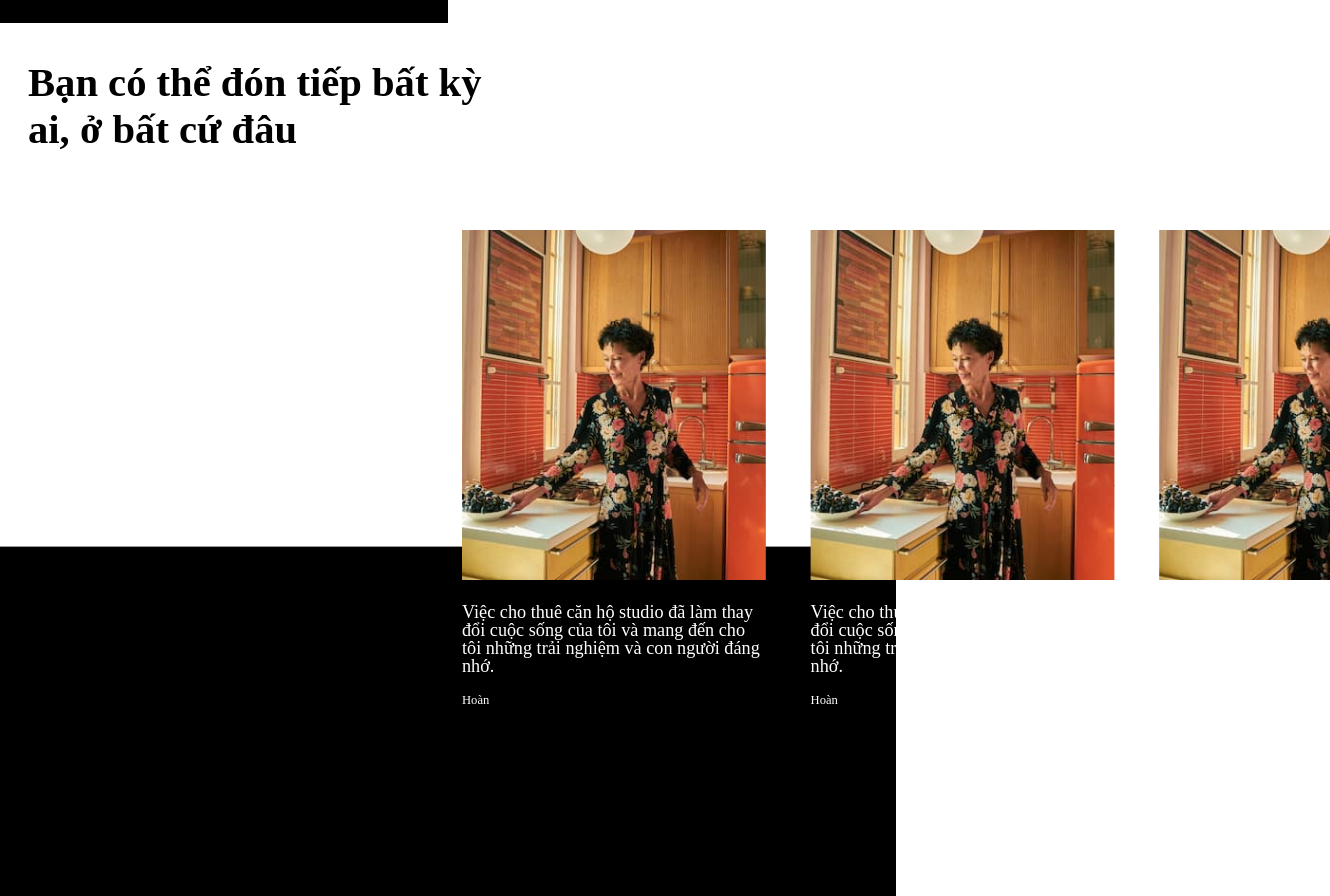
Repository: HoanTiny/AirbnbClone
Page: page3.html
An editor plug-in stored every save of this project. The page is shown before and after the next save, followed by the edit.
The browser window is 1280 px wide. The page is 1900 px wide, so the pictures cover 1900 px, including what lies to the right of the window. The pictures show the part of the page from y = 687 to 1967 px (the page is 1968 px tall), at 70% of full size.
Pictures or frames that could not be fetched are drawn as grey boxes.

Above is the page before, as saved 2021-09-13 11:29:23.

### page3.html
<!DOCTYPE html>
<html lang="en">
    <head>
        <meta charset="UTF-8" />
        <meta http-equiv="X-UA-Compatible" content="IE=edge" />
        <meta name="viewport" content="width=device-width, initial-scale=1.0" />
        <link rel="stylesheet" href="./acess/css/mainpage3.css" />
        <link rel="stylesheet" href="./acess/css/gird.css" />
        <link rel="stylesheet" href="./acess/css/base.css" />
        <link rel="stylesheet" href="./acess/css/reponsive.css" />
        <link
            rel="stylesheet"
            href="./acess/font/fontawesome-free-5.15.3-web/css/all.min.css"
        />
        <title>Cho thuê nhà</title>
    </head>
    <body>
        <div class="app-p3">
            <div class="banner">
                <div class="banner__left">
                    <div class="banner__left-img">
                        <svg
                            width="30"
                            height="32"
                            fill="currentcolor"
                            color="#fff"
                            style="display: block"
                        >
                            <path
                                d="M29.24 22.68c-.16-.39-.31-.8-.47-1.15l-.74-1.67-.03-.03c-2.2-4.8-4.55-9.68-7.04-14.48l-.1-.2c-.25-.47-.5-.99-.76-1.47-.32-.57-.63-1.18-1.14-1.76a5.3 5.3 0 00-8.2 0c-.47.58-.82 1.19-1.14 1.76-.25.52-.5 1.03-.76 1.5l-.1.2c-2.45 4.8-4.84 9.68-7.04 14.48l-.06.06c-.22.52-.48 1.06-.73 1.64-.16.35-.32.73-.48 1.15a6.8 6.8 0 007.2 9.23 8.38 8.38 0 003.18-1.1c1.3-.73 2.55-1.79 3.95-3.32 1.4 1.53 2.68 2.59 3.95 3.33A8.38 8.38 0 0022.75 32a6.79 6.79 0 006.75-5.83 5.94 5.94 0 00-.26-3.5zm-14.36 1.66c-1.72-2.2-2.84-4.22-3.22-5.95a5.2 5.2 0 01-.1-1.96c.07-.51.26-.96.52-1.34.6-.87 1.65-1.41 2.8-1.41a3.3 3.3 0 012.8 1.4c.26.4.45.84.51 1.35.1.58.06 1.25-.1 1.96-.38 1.7-1.5 3.74-3.21 5.95zm12.74 1.48a4.76 4.76 0 01-2.9 3.75c-.76.32-1.6.41-2.42.32-.8-.1-1.6-.36-2.42-.84a15.64 15.64 0 01-3.63-3.1c2.1-2.6 3.37-4.97 3.85-7.08.23-1 .26-1.9.16-2.73a5.53 5.53 0 00-.86-2.2 5.36 5.36 0 00-4.49-2.28c-1.85 0-3.5.86-4.5 2.27a5.18 5.18 0 00-.85 2.21c-.13.84-.1 1.77.16 2.73.48 2.11 1.78 4.51 3.85 7.1a14.33 14.33 0 01-3.63 3.12c-.83.48-1.62.73-2.42.83a4.76 4.76 0 01-5.32-4.07c-.1-.8-.03-1.6.29-2.5.1-.32.25-.64.41-1.02.22-.52.48-1.06.73-1.6l.04-.07c2.16-4.77 4.52-9.64 6.97-14.41l.1-.2c.25-.48.5-.99.76-1.47.26-.51.54-1 .9-1.4a3.32 3.32 0 015.09 0c.35.4.64.89.9 1.4.25.48.5 1 .76 1.47l.1.2c2.44 4.77 4.8 9.64 7 14.41l.03.03c.26.52.48 1.1.73 1.6.16.39.32.7.42 1.03.19.9.29 1.7.19 2.5z"
                            ></path>
                        </svg>
                    </div>
                    <div class="banner__left-conttent">
                        <h1 class="banner__left-heading">
                            Đón tiếp khách làm nên linh hồn của Airbnb
                        </h1>
                        <button class="banner__left-btn">
                            Thử đón tiếp khách
                        </button>
                    </div>
                    <i class="fas fa-chevron-down banner__left-icon"></i>
                </div>
                <div class="banner-right">
                    <video
                        id="video"
                        src="./acess/img/Cho thuê nhà trên Airbnb.webm"
                        class="banner__right-video"
                        autoplay
                        crossorigin="anonymous"
                        playsinline
                        preload="auto"
                        aria-label="Chelsea, Chủ nhà ở Philadelphia, mỉm cười khi mở cửa. Soraya, Chủ nhà ở Mumbai, mỉm cười khi mở cửa trước cùng một người khác ở bên cạnh. Mohamed, Chủ nhà ở Johannesburg, mỉm cười khi mở cửa. Maria, Chủ nhà ở Mexico City, gật đầu mỉm cười khi mang cây đi."
                    ></video>
                </div>
            </div>
            <div class="content">
                <div class="content__heading">
                    <div class="grid wide">
                        <h2 class="content__heading-top">
                            Bạn có thể đón tiếp bất kỳ ai, ở bất cứ đâu
                        </h2>
                    </div>
                    <div class="grid wide">
                        <div class="content__home">
                            <div class="home__img">
                                <div class="home__img-home__product">
                                    <img src="./acess/img/home-p3.jpg" class="img content__home-img"></img>
                                </div>
                                <div class="home__img-home__product-text">
                                    <p class="home__img-text">Việc cho thuê căn hộ studio đã làm thay đổi cuộc sống của tôi và mang đến cho tôi những trải nghiệm và con người đáng nhớ.</p>
                                    <p class="home__img-text-end">Hoàn</p>
                                </div>
                            </div>
                            <div class="home__img">
                                <div class="home__img-home__product">
                                    <img src="./acess/img/home-p3.jpg" class="img content__home-img"></img>
                                </div>
                                <div class="home__img-home__product-text">
                                    <p class="home__img-text">Việc cho thuê căn hộ studio đã làm thay đổi cuộc sống của tôi và mang đến cho tôi những trải nghiệm và con người đáng nhớ.</p>
                                    <p class="home__img-text-end">Hoàn</p>
                                </div>
                            </div>
                            <div class="home__img">
                                <div class="home__img-product-img">
                                    <img src="./acess/img/home-p3.jpg" class="img content__home-img"></img>
                                </div>
                                <div class="home__img-product-text">
                                    <p class="home__img-text">Việc cho thuê căn hộ studio đã làm thay đổi cuộc sống của tôi và mang đến cho tôi những trải nghiệm và con người đáng nhớ.</p>
                                    <p class="home__img-text-end">Hoàn</p>
                                </div>
                            </div>
                            <div class="home__img">
                                <div class="home__img-home__product">
                                    <img src="./acess/img/home-p3.jpg" class="img content__home-img"></img>
                                </div>
                                <div class="home__img-home__product-text">
                                    <p class="home__img-text">Việc cho thuê căn hộ studio đã làm thay đổi cuộc sống của tôi và mang đến cho tôi những trải nghiệm và con người đáng nhớ.</p>
                                    <p class="home__img-text-end">Hoàn</p>
                                </div>
                            </div>
                        </div>
                    </div>
                </div>
                <div class="content__search"></div>
            </div>
        </div>
        <script>
            var videoPlayer = document.getElementById("video");
            // Auto play, half volume.
            videoPlayer.play();
            videoPlayer.volume = 0.5;

            // Play / pause.
            videoPlayer.addEventListener("click", function () {
                if (videoPlayer.paused == false) {
                    videoPlayer.pause();
                    videoPlayer.firstChild.nodeValue = "Play";
                } else {
                    videoPlayer.play();
                    videoPlayer.firstChild.nodeValue = "Pause";
                }
            });
        </script>
    </body>
</html>

### acess/css/mainpage3.css
body {
    margin: 0;
}

.banner {
    height: 100vh;
    display: flex;
    justify-content: center;
}
.banner__left {
    width: 50%;
    background-color: #000;
    position: relative;
}
.banner__left-img {
    padding: 24px;
}
.banner__left-conttent {
    display: flex;
    flex-direction: column;
    align-items: center;
    justify-content: center;
    position: absolute;
    top: 50%;
    left: 50%;
    transform: translate(-50%, -50%);
    width: fit-content;
}
.banner__left-heading {
    color: #fff;
    text-align: center;
    font-size: 6.8rem;
    line-height: 7rem;
    padding: 12px 24px;
    font-weight: 500;
}
.banner__left-btn {
    padding: 18px 32px;
    font-size: 1.8rem;
    border-radius: 12px;
    background-image: linear-gradient(
        to right,
        rgb(229, 29, 80),
        rgb(220, 14, 100)
    );
    color: var(--white-color);
    border: none;
    cursor: pointer;
}

.banner__left-icon {
    color: var(--white-color);
    position: absolute;
    bottom: 32px;
    font-size: 1.5rem;
    left: 50%;
    padding: 12px;
    margin-left: -12px;
    border-radius: 50%;
    cursor: pointer;
}

.banner__left-icon:hover {
    background-color: #999;
}

.banner-right {
    width: 50%;
}

.banner__right-video {
    object-fit: cover;
    object-position: center top;
    width: 100%;
    height: 100%;
}

.content__heading {
    position: relative;
    height: 700px;
}

.content__heading-top {
    margin-top: 48px;
    font-size: 5.8rem;
    line-height: 6.8rem;
    text-align: left;
    width: 60%;
}

.content__home {
    position: absolute;
    bottom: -35%;
    max-width: 100%;
    overflow-x: auto;
    flex-wrap: nowrap;
    display: flex;
    transform: translate(50%);
}

.content__home::-webkit-scrollbar {
    display: none;
}

.home__img {
    flex-shrink: 0;
    width: 35%;
    margin-right: 64px;
}

.home__img-product-text {
    margin-top: 24px;
}

.home__img-text {
    color: var(--white-color);
    font-size: 2.6rem;
    line-height: 2.6rem;
}

.home__img-text-end {
    color: var(--white-color);
    font-size: 1.8rem;
}

.content__home-img {
    width: 100%;
    height: 100%;
    object-fit: cover;
}

.content__search {
    background-color: #000;
    height: 500px;
}

### acess/css/gird.css
.grid {
    width: 100%;
    display: block;
    padding: 0;
}

.grid.wide {
    max-width: 1200px;
    margin: 0 auto;
}

.row {
    display: flex;
    flex-wrap: wrap;
    margin-left: -8px;
    margin-right: -8px;
}

.row.no-gutters {
    margin-left: 0;
    margin-right: 0;
}

.col {
    padding-left: 12px;
    padding-right: 12px;
}

.row.no-gutters .col {
    padding-left: 0;
    padding-right: 0;
}

.c-0 {
    display: none;
}

.c-1 {
    flex: 0 0 8.33333%;
    max-width: 8.33333%;
}

.c-2 {
    flex: 0 0 16.66667%;
    max-width: 16.66667%;
}

.c-3 {
    flex: 0 0 25%;
    max-width: 25%;
}

.c-4 {
    flex: 0 0 33.33333%;
    max-width: 33.33333%;
}

.c-5 {
    flex: 0 0 41.66667%;
    max-width: 41.66667%;
}

.c-6 {
    flex: 0 0 50%;
    max-width: 50%;
}

.c-7 {
    flex: 0 0 58.33333%;
    max-width: 58.33333%;
}

.c-8 {
    flex: 0 0 66.66667%;
    max-width: 66.66667%;
}

.c-9 {
    flex: 0 0 75%;
    max-width: 75%;
}

.c-10 {
    flex: 0 0 83.33333%;
    max-width: 83.33333%;
}

.c-11 {
    flex: 0 0 91.66667%;
    max-width: 91.66667%;
}

.c-12 {
    flex: 0 0 100%;
    max-width: 100%;
}

.c-o-1 {
    margin-left: 8.33333%;
}

.c-o-2 {
    margin-left: 16.66667%;
}

.c-o-3 {
    margin-left: 25%;
}

.c-o-4 {
    margin-left: 33.33333%;
}

.c-o-5 {
    margin-left: 41.66667%;
}

.c-o-6 {
    margin-left: 50%;
}

.c-o-7 {
    margin-left: 58.33333%;
}

.c-o-8 {
    margin-left: 66.66667%;
}

.c-o-9 {
    margin-left: 75%;
}

.c-o-10 {
    margin-left: 83.33333%;
}

.c-o-11 {
    margin-left: 91.66667%;
}

/* >= Tablet */
@media (min-width: 740px) {
    .row {
        margin-left: -4px;
        margin-right: -4px;
    }

    .col {
        padding-left: 4px;
        padding-right: 4px;
    }

    .m-0 {
        display: none;
    }

    .m-1,
    .m-2,
    .m-3,
    .m-4,
    .m-5,
    .m-6,
    .m-7,
    .m-8,
    .m-9,
    .m-10,
    .m-11,
    .m-12 {
        display: block;
    }

    .m-1 {
        flex: 0 0 8.33333%;
        max-width: 8.33333%;
    }

    .m-2 {
        flex: 0 0 16.66667%;
        max-width: 16.66667%;
    }

    .m-3 {
        flex: 0 0 25%;
        max-width: 25%;
    }

    .m-4 {
        flex: 0 0 33.33333%;
        max-width: 33.33333%;
    }

    .m-5 {
        flex: 0 0 41.66667%;
        max-width: 41.66667%;
    }

    .m-6 {
        flex: 0 0 50%;
        max-width: 50%;
    }

    .m-7 {
        flex: 0 0 58.33333%;
        max-width: 58.33333%;
    }

    .m-8 {
        flex: 0 0 66.66667%;
        max-width: 66.66667%;
    }

    .m-9 {
        flex: 0 0 75%;
        max-width: 75%;
    }

    .m-10 {
        flex: 0 0 83.33333%;
        max-width: 83.33333%;
    }

    .m-11 {
        flex: 0 0 91.66667%;
        max-width: 91.66667%;
    }

    .m-12 {
        flex: 0 0 100%;
        max-width: 100%;
    }

    .m-o-1 {
        margin-left: 8.33333%;
    }

    .m-o-2 {
        margin-left: 16.66667%;
    }

    .m-o-3 {
        margin-left: 25%;
    }

    .m-o-4 {
        margin-left: 33.33333%;
    }

    .m-o-5 {
        margin-left: 41.66667%;
    }

    .m-o-6 {
        margin-left: 50%;
    }

    .m-o-7 {
        margin-left: 58.33333%;
    }

    .m-o-8 {
        margin-left: 66.66667%;
    }

    .m-o-9 {
        margin-left: 75%;
    }

    .m-o-10 {
        margin-left: 83.33333%;
    }

    .m-o-11 {
        margin-left: 91.66667%;
    }
}

/* PC medium resolution > */
@media (min-width: 1113px) {
    .row {
        margin-left: -12px;
        margin-right: -12px;
    }

    .row.sm-gutter {
        margin-left: -5px;
        margin-right: -5px;
    }

    .col {
        padding-left: 12px;
        padding-right: 12px;
    }

    .row.sm-gutter .col {
        padding-left: 5px;
        padding-right: 5px;
    }

    .l-0 {
        display: none;
    }

    .l-1,
    .l-2,
    .l-2-4,
    .l-3,
    .l-4,
    .l-5,
    .l-6,
    .l-7,
    .l-8,
    .l-9,
    .l-10,
    .l-11,
    .l-12 {
        display: block;
    }

    .l-1 {
        flex: 0 0 8.33333%;
        max-width: 8.33333%;
    }

    .l-2 {
        flex: 0 0 16.66667%;
        max-width: 16.66667%;
    }

    .l-2-4 {
        flex: 0 0 20%;
        max-width: 20%;
    }

    .l-3 {
        flex: 0 0 25%;
        max-width: 25%;
    }

    .l-4 {
        flex: 0 0 33.33333%;
        max-width: 33.33333%;
    }

    .l-5 {
        flex: 0 0 41.66667%;
        max-width: 41.66667%;
    }

    .l-6 {
        flex: 0 0 50%;
        max-width: 50%;
    }

    .l-7 {
        flex: 0 0 58.33333%;
        max-width: 58.33333%;
    }

    .l-8 {
        flex: 0 0 66.66667%;
        max-width: 66.66667%;
    }

    .l-9 {
        flex: 0 0 75%;
        max-width: 75%;
    }

    .l-10 {
        flex: 0 0 83.33333%;
        max-width: 83.33333%;
    }

    .l-11 {
        flex: 0 0 91.66667%;
        max-width: 91.66667%;
    }

    .l-12 {
        flex: 0 0 100%;
        max-width: 100%;
    }

    .l-o-1 {
        margin-left: 8.33333%;
    }

    .l-o-2 {
        margin-left: 16.66667%;
    }

    .l-o-3 {
        margin-left: 25%;
    }

    .l-o-4 {
        margin-left: 33.33333%;
    }

    .l-o-5 {
        margin-left: 41.66667%;
    }

    .l-o-6 {
        margin-left: 50%;
    }

    .l-o-7 {
        margin-left: 58.33333%;
    }

    .l-o-8 {
        margin-left: 66.66667%;
    }

    .l-o-9 {
        margin-left: 75%;
    }

    .l-o-10 {
        margin-left: 83.33333%;
    }

    .l-o-11 {
        margin-left: 91.66667%;
    }
}

/* Tablet - PC low resolution */
@media (min-width: 740px) and (max-width: 1023px) {
    .wide {
        width: 644px;
    }
}

/* > PC low resolution */
@media (min-width: 1024px) and (max-width: 1239px) {
    .wide {
        width: 984px;
    }

    .wide .row {
        margin-left: -12px;
        margin-right: -12px;
    }

    .wide .row.sm-gutter {
        margin-left: -5px;
        margin-right: -5px;
    }

    .wide .col {
        padding-left: 12px;
        padding-right: 12px;
    }

    .wide .row.sm-gutter .col {
        padding-left: 5px;
        padding-right: 5px;
    }

    .wide .l-0 {
        display: none;
    }

    .wide .l-1,
    .wide .l-2,
    .wide .l-2-4,
    .wide .l-3,
    .wide .l-4,
    .wide .l-5,
    .wide .l-6,
    .wide .l-7,
    .wide .l-8,
    .wide .l-9,
    .wide .l-10,
    .wide .l-11,
    .wide .l-12 {
        display: block;
    }

    .wide .l-1 {
        flex: 0 0 8.33333%;
        max-width: 8.33333%;
    }

    .wide .l-2 {
        flex: 0 0 16.66667%;
        max-width: 16.66667%;
    }

    .wide .l-2-4 {
        flex: 0 0 20%;
        max-width: 20%;
    }

    .wide .l-3 {
        flex: 0 0 25%;
        max-width: 25%;
    }

    .wide .l-4 {
        flex: 0 0 33.33333%;
        max-width: 33.33333%;
    }

    .wide .l-5 {
        flex: 0 0 41.66667%;
        max-width: 41.66667%;
    }

    .wide .l-6 {
        flex: 0 0 50%;
        max-width: 50%;
    }

    .wide .l-7 {
        flex: 0 0 58.33333%;
        max-width: 58.33333%;
    }

    .wide .l-8 {
        flex: 0 0 66.66667%;
        max-width: 66.66667%;
    }

    .wide .l-9 {
        flex: 0 0 75%;
        max-width: 75%;
    }

    .wide .l-10 {
        flex: 0 0 83.33333%;
        max-width: 83.33333%;
    }

    .wide .l-11 {
        flex: 0 0 91.66667%;
        max-width: 91.66667%;
    }

    .wide .l-12 {
        flex: 0 0 100%;
        max-width: 100%;
    }

    .wide .l-o-1 {
        margin-left: 8.33333%;
    }

    .wide .l-o-2 {
        margin-left: 16.66667%;
    }

    .wide .l-o-3 {
        margin-left: 25%;
    }

    .wide .l-o-4 {
        margin-left: 33.33333%;
    }

    .wide .l-o-5 {
        margin-left: 41.66667%;
    }

    .wide .l-o-6 {
        margin-left: 50%;
    }

    .wide .l-o-7 {
        margin-left: 58.33333%;
    }

    .wide .l-o-8 {
        margin-left: 66.66667%;
    }

    .wide .l-o-9 {
        margin-left: 75%;
    }

    .wide .l-o-10 {
        margin-left: 83.33333%;
    }

    .wide .l-o-11 {
        margin-left: 91.66667%;
    }
}

### acess/css/base.css
:root {
    --white-color:#fff;
    --black-color: #000;
    --text-color: #333;
}

* {
    box-sizing: inherit;
}

html {
    /* font-family: Circular, -apple-system, BlinkMacSystemFont, Roboto, "Helvetica Neue", sans-serif; */
    font-family: 'Font Awesome 5 Free';
    box-sizing: border-box;
    font-size: 62.5%;
    line-height: 1.8rem;
}

### acess/css/reponsive.css
@media (min-width: 723px) and (max-width: 1023px) {
    .hold-on-mobile-tablet {
        display: none;
    }
    .background {
        background-position: unset;
    }

    .header__nav-list-tablet {
        display: flex;
    }

    .search {
        margin: 0;
    }

    .search__item:first-of-type {
        padding-left: 32px;
    }

    .search__item {
        margin: 0;
        padding: 12px;
    }

    .home__product-tablet {
        height: 140px;
        overflow: hidden;
        display: -webkit-box;
        -webkit-line-clamp: 2;
    }

    .home__category-tablet {
        display: flex;
        max-width: 100%;
        overflow-x: auto;
        flex-wrap: nowrap;
    }

    .home__category-tablet::-webkit-scrollbar {
        display: none;
    }

    .home__category-item-tablet {
        width: 33.3333%;
        flex-shrink: 0;
    }

    .footer-end {
        flex-direction: column-reverse;
    }

    .footer__end-social-list{
        display: flex;
        justify-content: center;
    }

    .footer__end-copyright-list{
        flex-wrap: wrap;
        justify-content: center;
    }

    .footer__end-copyright__item:first-of-type {
        width: 100%;
        text-align: center;
        margin-bottom: 4px;
    }

    .header__nav-scrollba-btn {
        margin-left: auto;
    }

}

@media (max-width: 723px)
{
    .hold-on-mobile {
        display: none;
    }

    .search {
        display: none;
    }
    .header__nav {
        display: none;
    }

    .header__mobile{
        display: flex;
    }

    .footer {
        text-align: center;
    }

    .home__category-tablet {
        display: flex;
        max-width: 100%;
        overflow-x: auto;
        flex-wrap: nowrap;
    }

    .home__category-tablet::-webkit-scrollbar {
        display: none;
    }

    .home__category-item-tablet {
        width: 33.3333%;
        flex-shrink: 0;
    }

    #header__nav-scrollbar {
        display: none;
    }

    .header__mobile {
        position: fixed;
        top: 0px;
        left: 0;
        right: 0;
        z-index: 12;
        align-items: center;
    }

    .header__mobile-btn {
        border: none;
        background-color: rgb(247, 247, 247);
        box-shadow: none;
        top: 20;
    }

    .web__content-heading {
        font-size: 2.2rem;
        line-height: 2.6rem;
    }

    .home__category-next {
        display: none;
    }

    .home__category-return--active {
        display: none;
    }

    .home__experience-mobile {
        display: flex;
        max-width: 100%;
        overflow-x: auto;
        flex-wrap: nowrap;
    }

    .home__experience-mobile::-webkit-scrollbar {
        display: none;
    }

    .home__experience-mobile-item {
        width: 75%;
        flex-shrink: 0;
    }

    path {
        display: none;
    }
    .search-where {
        display: block;
        position: revert;
    }

    .search-where-icon {
        display: none;
    }

    /* Page 2 */

    .home-place__item-img {
        height: 345px;
    }

    .menu-list__item {
        border: none;
    }

    .header-page2 {
        border-bottom: none;
    }

    .header__mobile-page2 {
        display: block;
    }

    .home-place {
        margin-top: 115px;
    }

}

Loaded but not shown: acess/font/fontawesome-free-5.15.3-web/css/all.min.css (library)

After the next save:
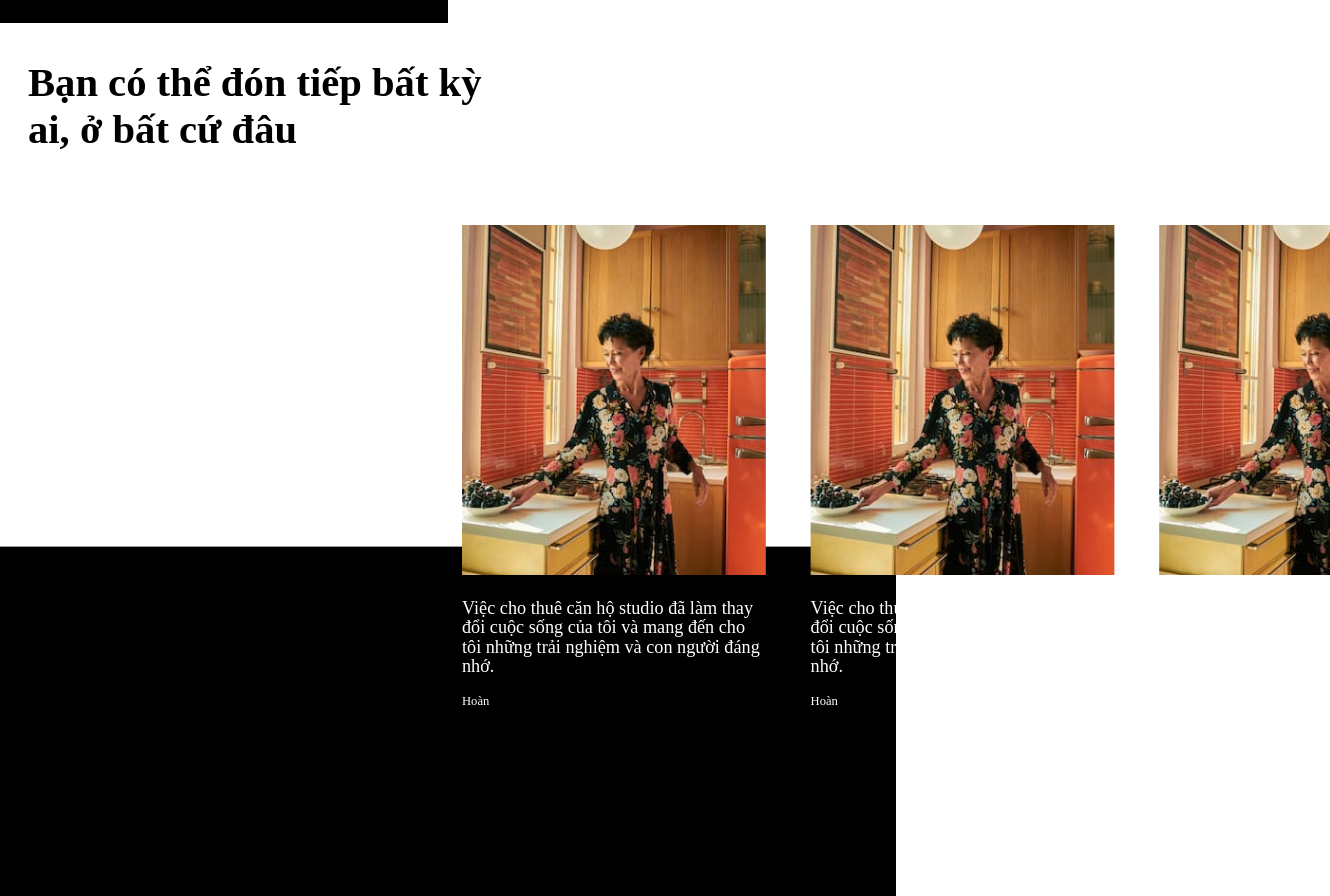
Saved 6 s later.
--- a/acess/css/mainpage3.css
+++ b/acess/css/mainpage3.css
@@ -115,7 +115,7 @@ body {
 .home__img-text {
     color: var(--white-color);
     font-size: 2.6rem;
-    line-height: 2.6rem;
+    line-height: 2.8rem;
 }
 
 .home__img-text-end {
